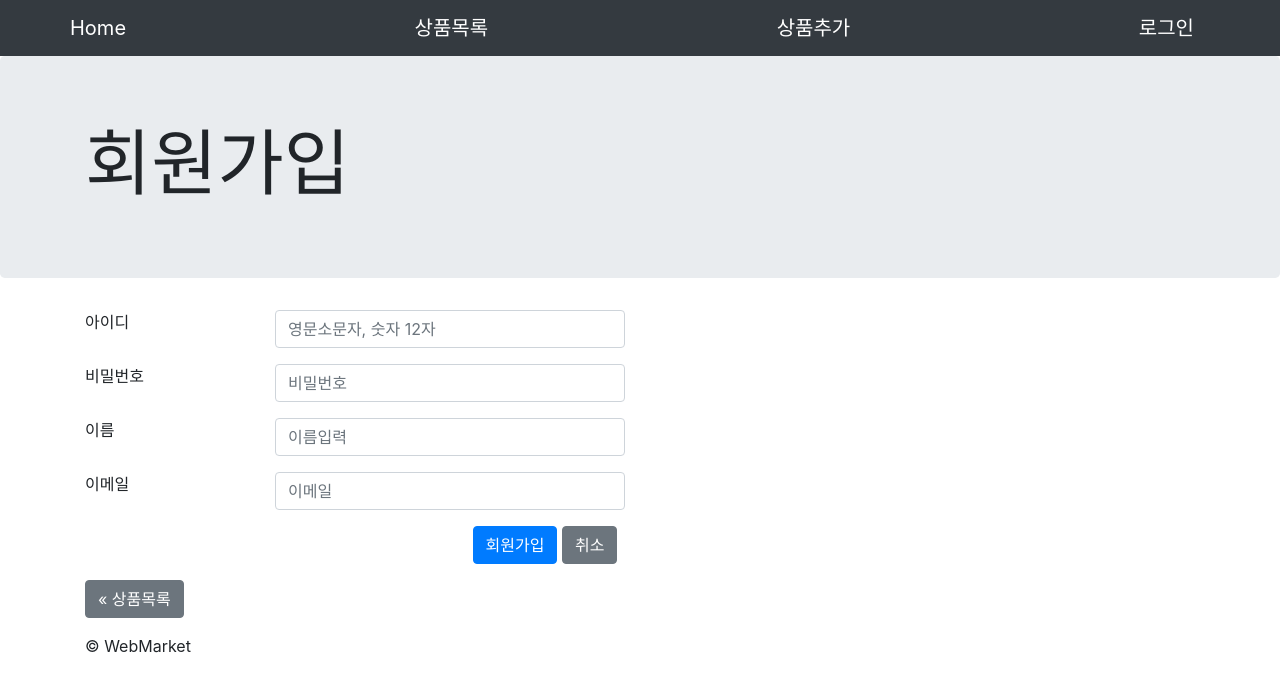
Repository: davisbyun/ai
Page: http://localhost/WebMarket/member/join.jsp
The author's editor kept a copy of each file at every save. The page is drawn from the files as they stood at one save, then again after the next save.
The browser window is 1280 px wide. The pictures show the whole page.
The page is served by Tomcat 9.

Above is the page before, as saved 2024-01-26 05:23:43.

After the next save:
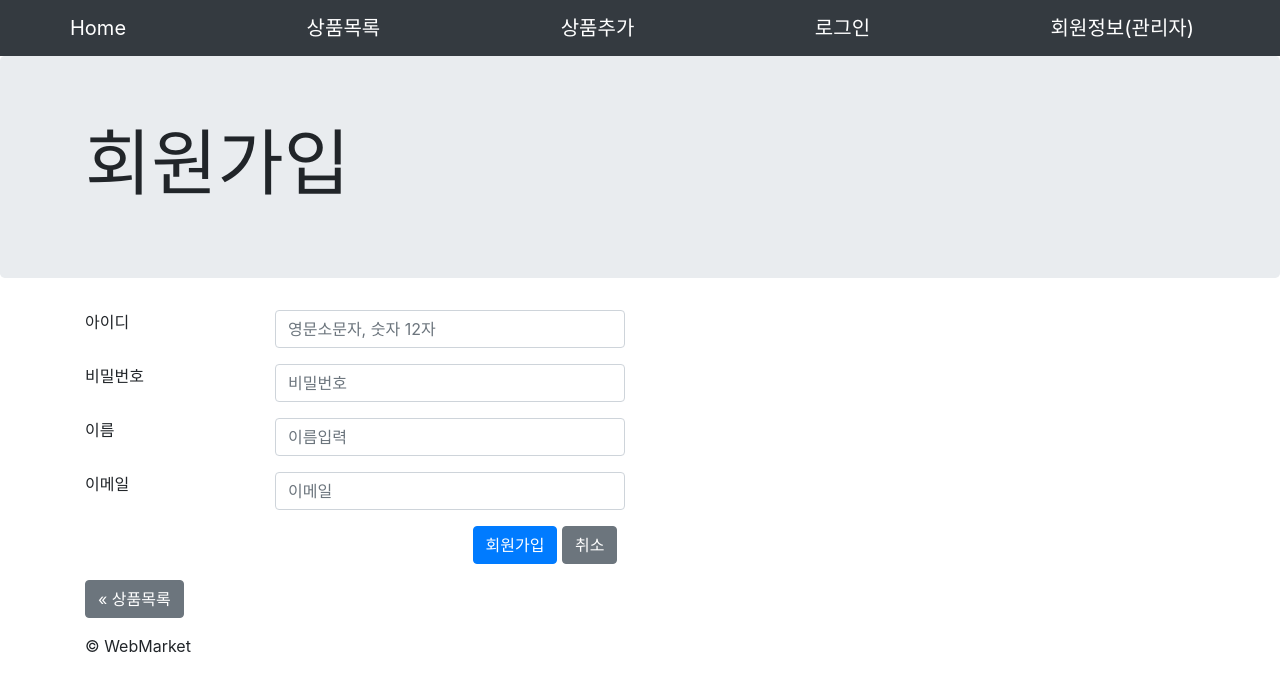
Saved 10 min 5 s later.
--- a/WebMarket/src/main/webapp/menu.jsp
+++ b/WebMarket/src/main/webapp/menu.jsp
@@ -22,6 +22,9 @@
         <div class="navbar-header">
              <a class="navbar-brand" href="/WebMarket/member/login.jsp">로그인</a>
          </div>
+         <div class="navbar-header">
+             <a class="navbar-brand" href="/WebMarket/member/login.jsp">회원정보(관리자)</a>
+         </div>
      </div>
    </nav>
 </body>
